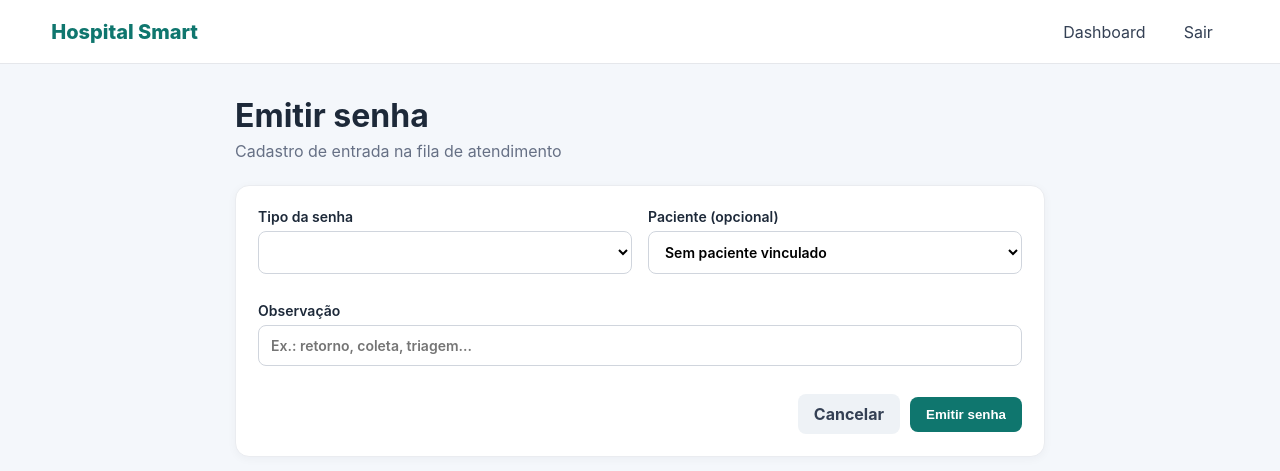
Repository: henrickrufino91/Atendimento-Inteligente
Page: http://localhost/fila/form
These files come from the project's save history. The page is drawn as it stood at one moment and after the next save; the edit follows.
The browser window is 1280 px wide. The pictures show the whole page.
The page is this project's Thymeleaf template; nobody is signed in. The template is opened directly, without the code that normally fills it, so the values that code supplies are empty.

Above is the page before, as saved 2026-09-17 23:24:02.

After the next save:
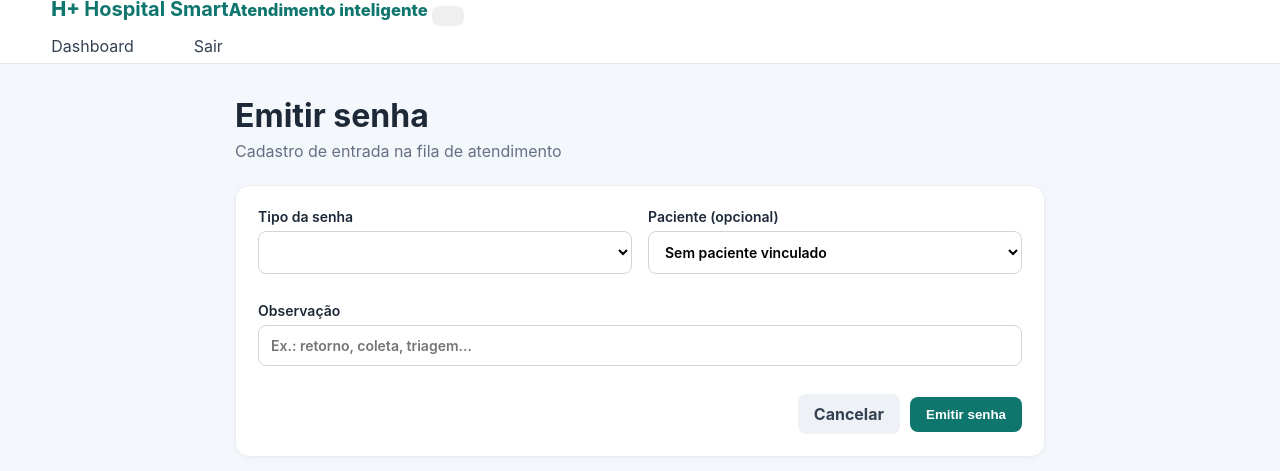
Saved 21 min 40 s later.
--- a/projeto/src/main/resources/templates/fragments.html
+++ b/projeto/src/main/resources/templates/fragments.html
@@ -1,14 +1,95 @@
-<!DOCTYPE html><html xmlns:th="http://www.thymeleaf.org" xmlns:sec="http://www.thymeleaf.org/extras/spring-security"><body>
-<nav th:fragment="nav" class="topbar"><a class="brand" th:href="@{/}">Hospital Smart</a><div class="links">
-<a th:href="@{/}">Dashboard</a>
-<a sec:authorize="hasAuthority('PACIENTE_VISUALIZAR')" th:href="@{/pacientes}">Pacientes</a>
-<a sec:authorize="hasAuthority('AGENDAMENTO_VISUALIZAR')" th:href="@{/agendamentos}">Agendamentos</a>
-<a sec:authorize="hasAuthority('FILA_VISUALIZAR')" th:href="@{/fila-senhas}">Fila de senhas</a>
-<a sec:authorize="hasAuthority('RISCO_CLASSIFICAR')" th:href="@{/classificacao-risco}">Classificação de risco</a>
-<a sec:authorize="hasAuthority('ATENDIMENTO_VISUALIZAR')" th:href="@{/atendimentos}">Atendimentos</a>
-<a sec:authorize="hasAuthority('RELATORIO_VISUALIZAR')" th:href="@{/relatorios}">Relatórios</a>
-<a sec:authorize="hasAuthority('PAINEL_GERENCIAL_VISUALIZAR')" th:href="@{/relatorios/tempo-real}">Painel gerencial</a>
-<a sec:authorize="hasRole('ADMIN')" th:href="@{/admin/usuarios}">Usuários</a>
-<a sec:authorize="hasRole('ADMIN')" th:href="@{/admin/perfis}">Perfis</a>
-<form th:action="@{/logout}" method="post"><button class="linkbtn">Sair</button></form></div></nav>
-</body></html>
+<!DOCTYPE html>
+<html xmlns:th="http://www.thymeleaf.org" xmlns:sec="http://www.thymeleaf.org/extras/spring-security">
+<body>
+<nav th:fragment="nav" class="topbar">
+  <div class="nav-shell">
+    <a class="brand" th:href="@{/}">
+      <span class="brand-mark">H+</span>
+      <span class="brand-copy"><strong>Hospital Smart</strong><small>Atendimento inteligente</small></span>
+    </a>
+
+    <button type="button" class="nav-toggle" aria-label="Abrir menu" aria-expanded="false" onclick="toggleMainMenu(this)">
+      <span></span><span></span><span></span>
+    </button>
+
+    <div class="links" id="main-nav">
+      <a class="nav-home nav-item" data-menu-path="/" th:href="@{/}">Dashboard</a>
+
+      <details class="nav-group" sec:authorize="hasAnyAuthority('PACIENTE_VISUALIZAR','AGENDAMENTO_VISUALIZAR','FILA_VISUALIZAR')">
+        <summary>Atendimento <span class="chevron">⌄</span></summary>
+        <div class="nav-dropdown">
+          <div class="nav-section-title">Fluxo de entrada</div>
+          <a class="nav-item" data-menu-path="/fila-senhas" sec:authorize="hasAuthority('FILA_VISUALIZAR')" th:href="@{/fila-senhas}"><b>Fila de senhas</b><small>Emissão, chamada e acompanhamento</small></a>
+          <a class="nav-item" data-menu-path="/agendamentos" sec:authorize="hasAuthority('AGENDAMENTO_VISUALIZAR')" th:href="@{/agendamentos}"><b>Agendamentos</b><small>Agenda de consultas e retornos</small></a>
+          <a class="nav-item" data-menu-path="/pacientes" sec:authorize="hasAuthority('PACIENTE_VISUALIZAR')" th:href="@{/pacientes}"><b>Pacientes</b><small>Cadastro e consulta</small></a>
+        </div>
+      </details>
+
+      <details class="nav-group" sec:authorize="hasAnyAuthority('RISCO_CLASSIFICAR','ATENDIMENTO_VISUALIZAR')">
+        <summary>Clínico <span class="chevron">⌄</span></summary>
+        <div class="nav-dropdown">
+          <div class="nav-section-title">Assistência</div>
+          <a class="nav-item" data-menu-path="/classificacao-risco" sec:authorize="hasAuthority('RISCO_CLASSIFICAR')" th:href="@{/classificacao-risco}"><b>Classificação de risco</b><small>Triagem e priorização clínica</small></a>
+          <a class="nav-item" data-menu-path="/atendimentos" sec:authorize="hasAuthority('ATENDIMENTO_VISUALIZAR')" th:href="@{/atendimentos}"><b>Atendimentos</b><small>Prontuário e histórico clínico</small></a>
+        </div>
+      </details>
+
+      <details class="nav-group" sec:authorize="hasAnyAuthority('RELATORIO_VISUALIZAR','PAINEL_GERENCIAL_VISUALIZAR')">
+        <summary>Gestão <span class="chevron">⌄</span></summary>
+        <div class="nav-dropdown nav-dropdown-right">
+          <div class="nav-section-title">Indicadores e decisão</div>
+          <a class="nav-item" data-menu-path="/relatorios" data-exact-exclude="/relatorios/tempo-real" sec:authorize="hasAuthority('RELATORIO_VISUALIZAR')" th:href="@{/relatorios}"><b>Relatórios e indicadores</b><small>Análises, gráficos e exportações</small></a>
+          <a class="nav-item" data-menu-path="/relatorios/tempo-real" sec:authorize="hasAuthority('PAINEL_GERENCIAL_VISUALIZAR')" th:href="@{/relatorios/tempo-real}"><b>Painel em tempo real</b><small>Operação atualizada automaticamente</small></a>
+        </div>
+      </details>
+
+      <details class="nav-group admin-group" sec:authorize="hasRole('ADMIN')">
+        <summary>Administração <span class="chevron">⌄</span></summary>
+        <div class="nav-dropdown nav-dropdown-right">
+          <div class="nav-section-title">Acesso e segurança</div>
+          <a class="nav-item" data-menu-path="/admin/usuarios" th:href="@{/admin/usuarios}"><b>Usuários</b><small>Contas, status e perfis</small></a>
+          <a class="nav-item" data-menu-path="/admin/perfis" th:href="@{/admin/perfis}"><b>Perfis e permissões</b><small>Controle de acesso por função</small></a>
+        </div>
+      </details>
+
+      <div class="nav-divider"></div>
+      <form class="logout-form" th:action="@{/logout}" method="post"><button class="linkbtn">Sair</button></form>
+    </div>
+  </div>
+
+  <script th:inline="javascript">
+    function toggleMainMenu(button) {
+      const nav = document.getElementById('main-nav');
+      const opened = nav.classList.toggle('open');
+      button.setAttribute('aria-expanded', opened ? 'true' : 'false');
+    }
+    document.addEventListener('DOMContentLoaded', function () {
+      const path = window.location.pathname;
+      let best = null;
+      document.querySelectorAll('[data-menu-path]').forEach(function (item) {
+        const base = item.dataset.menuPath;
+        const excluded = item.dataset.exactExclude;
+        const matches = base === '/' ? path === '/' : path === base || path.startsWith(base + '/');
+        if (matches && (!excluded || !(path === excluded || path.startsWith(excluded + '/')))) {
+          if (!best || base.length > best.dataset.menuPath.length) best = item;
+        }
+      });
+      if (best) {
+        best.classList.add('active');
+        const group = best.closest('details.nav-group');
+        if (group) group.classList.add('active-group');
+      }
+
+      document.querySelectorAll('.nav-group').forEach(function (group) {
+        group.addEventListener('toggle', function () {
+          if (!group.open || window.innerWidth <= 900) return;
+          document.querySelectorAll('.nav-group[open]').forEach(function (other) {
+            if (other !== group) other.removeAttribute('open');
+          });
+        });
+      });
+    });
+  </script>
+</nav>
+</body>
+</html>
